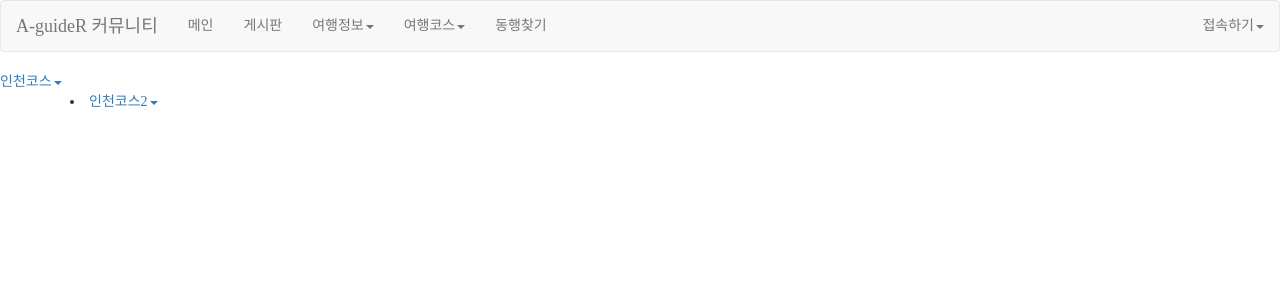
Repository: endol007/TripPuzzle
Page: http://localhost/BBS/domesticcorse.jsp
An editor plug-in stored every save of this project. The page is shown before and after the next save, followed by the edit.
The browser window is 1280 px wide. The pictures show the whole page.
Some web fonts or font styles are not loaded; a fallback is used. Some web libraries are served in a nearby version. The page is served by Tomcat 9. Other server files are loaded and not shown.

Above is the page before, as saved 2019-08-21 15:55:53.

### Yun/JSP 커뮤니티/Project/BBS/WebContent/domesticcorse.jsp
<%@ page language="java"
contentType="text/html; charset=UTF-8" pageEncoding="UTF-8"%>
<%@ page import="java.io.PrintWriter" %>
<!DOCTYPE html>
<html>
<head>
<meta http-equiv="Content-Type" content="text/html; charset=UTF-8">
<meta name="viewport" content="width=device-width", initial-scale="1">
<link rel="stylesheet" href="css/bootstrap.css">
<link rel="stylesheet" href="css/custom.css">
<title>A-guideR 커뮤니티 국내여행추천</title>
</head>
<body>
<%
String userID = null;
if(session.getAttribute("userID")!=null){
	userID = (String) session.getAttribute("userID");
}
%>
<nav class="navbar navbar-default">
<div class="navbar-header">
<button type="button" class="navbar-toggle collapsed"
data-toggle="collapse" data-target="#bs-example-navbar-collapse-1"
aria-expanded="false">
<span class="icon-bar"></span>
<span class="icon-bar"></span>
<span class="icon-bar"></span>
</button>
<a class="navbar-brand" href="main.jsp">A-guideR 커뮤니티</a>
</div>
<div class="collapse navbar-collapse" id="bs-example-navbar-collapse-1">
<ul class="nav navbar-nav">
<li><a href="main.jsp">메인</a></li>
<li><a href="bbs.jsp">게시판</a></li>
<li class="dropdown">
<a href="#" class="dropdown-toggle"
data-toggle="dropdown" role="button" aria-haspopup="true"
aria-expanded="false">여행정보<span class="caret"></span></a>
<ul class="dropdown-menu">
<li><a href="inforestaurant.jsp">맛집추천</a></li>
<li><a href="infoattraction.jsp">명소추천</a></li>
</ul>
</li>
<li class="dropdown">
<a href="#" class="dropdown-toggle"
data-toggle="dropdown" role="button" aria-haspopup="true"
aria-expanded="false">여행코스<span class="caret"></span></a>
<ul class="dropdown-menu">
<li class="active"><a href="domesticcorse.jsp">국내여행코스추천</a></li>
<li><a href="abroadcorse.jsp">해외여행코스추천</a></li>
</ul>
</li>
<li><a href="findfriend.jsp">동행찾기</a></li>
</ul>
<%
	if(userID==null){
		%>
		<ul class="nav navbar-nav navbar-right">
<li class="dropdown">
<a href="#" class="dropdown-toggle"
data-toggle="dropdown" role="button" aria-haspopup="true"
aria-expanded="false">접속하기<span class="caret"></span></a>
<ul class="dropdown-menu">
<li><a href="login.jsp">로그인</a></li>
<li><a href="join.jsp">회원가입</a></li>
</ul>
</li></ul>
		<%
	} else{
		%>
		<ul class="nav navbar-nav navbar-right">
<li class="dropdown">
<a href="#" class="dropdown-toggle"
data-toggle="dropdown" role="button" aria-haspopup="true"
aria-expanded="false">회원관리<span class="caret"></span></a>
<ul class="dropdown-menu">
<li><a href="logoutAction.jsp">로그아웃</a></li>
</ul>
</li></ul>
		<%
	}
%>
</div>
</nav>
<div>
<a href="#" class="dropdown-toggle"
data-toggle="dropdown" role="button" aria-haspopup="true"
aria-expanded="false">인천코스<span class="caret"></span></a>
<ul class="dropdown-menu">
<img src="images/a1.jpg">
</ul>
</div>
<div class="container">
<li class="dropdown">
<a href="#" class="dropdown-toggle"
data-toggle="dropdown" role="button" aria-haspopup="true"
aria-expanded="false">인천코스2<span class="caret"></span></a>
<ul class="dropdown-menu">
<img src="images/a2.jpg">
</ul>
</li>
</div>
<script src="http://code.jquery.com/jquery-3.1.1.min.js"></script>
<script src=js/bootstrap.js></script>

</body>
</html>

### Yun/JSP 커뮤니티/Project/BBS/WebContent/css/custom.css
@import url(http://fonts.googleapis.com/earlyaccess/nanumgothic.css);
@import url(http://fonts.googleapis.com/earlyaccess/hanna.css);
*{
font-family : 'Nanum Gothic';
}
h1{
	font-family : 'Hanna';
}

Loaded but not shown: Yun/JSP 커뮤니티/Project/BBS/WebContent/css/bootstrap.css (library); Yun/JSP 커뮤니티/Project/BBS/WebContent/js/bootstrap.js (library)

After the next save:
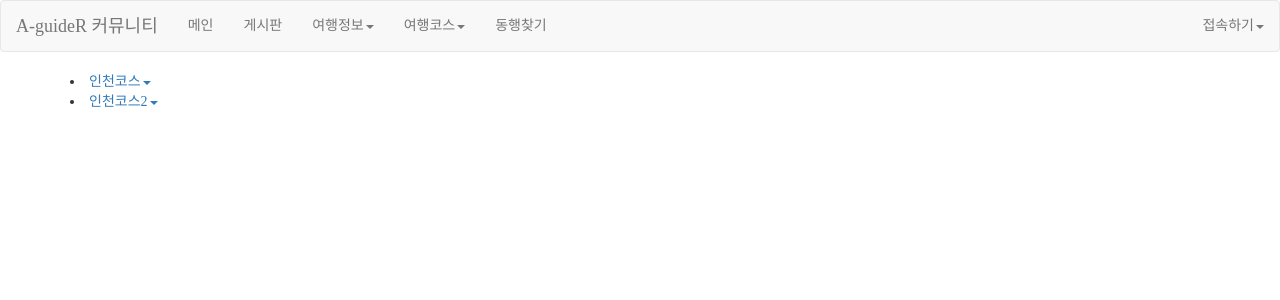
Saved 20 s later.
--- a/Yun/JSP 커뮤니티/Project/BBS/WebContent/domesticcorse.jsp
+++ b/Yun/JSP 커뮤니티/Project/BBS/WebContent/domesticcorse.jsp
@@ -82,13 +82,15 @@
 %>
 </div>
 </nav>
-<div>
+<div class="container">
+<li class="dropdown">
 <a href="#" class="dropdown-toggle"
 data-toggle="dropdown" role="button" aria-haspopup="true"
 aria-expanded="false">인천코스<span class="caret"></span></a>
 <ul class="dropdown-menu">
 <img src="images/a1.jpg">
 </ul>
+</li>
 </div>
 <div class="container">
 <li class="dropdown">
@@ -96,7 +98,7 @@
 data-toggle="dropdown" role="button" aria-haspopup="true"
 aria-expanded="false">인천코스2<span class="caret"></span></a>
 <ul class="dropdown-menu">
-<img src="images/a2.jpg">
+<img src="images/a1.jpg">
 </ul>
 </li>
 </div>
